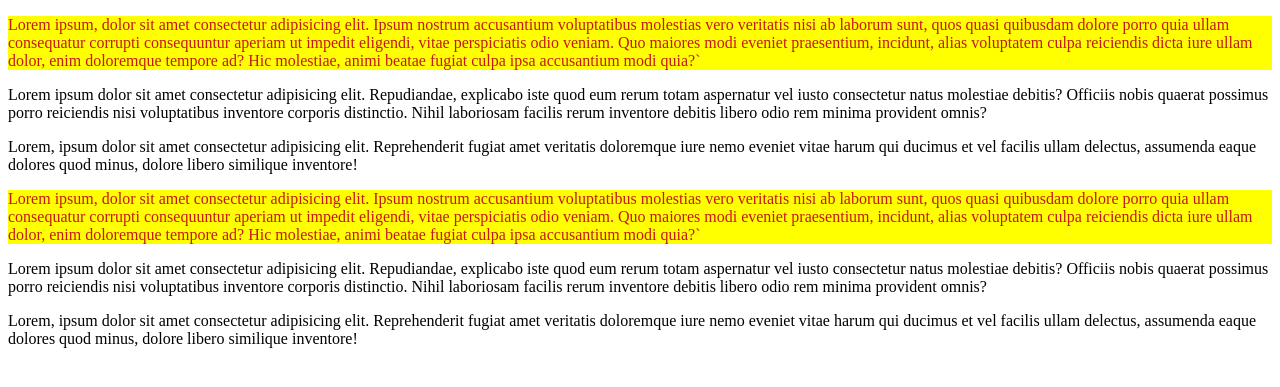
Repository: diensy/Web_dev
Page: Css/Exercise/index.html
The author's editor kept a copy of each file at every save. The page is drawn from the files as they stood at one save, then again after the next save.
The browser window is 1280 px wide. The pictures show the whole page.

Above is the page before, as saved 2024-05-22 23:20:53.

After the next save:
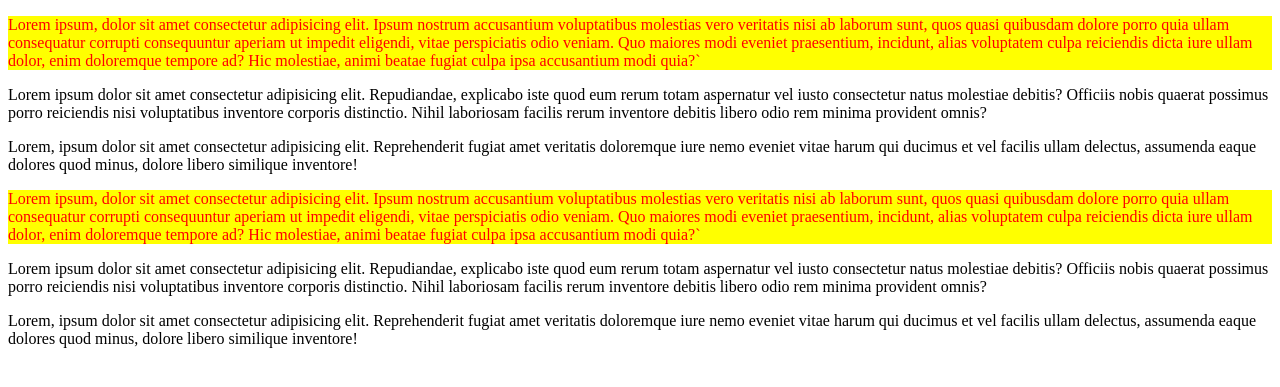
Saved 9 s later.
--- a/Css/Exercise/style.css
+++ b/Css/Exercise/style.css
@@ -1,4 +1,4 @@
 p:first-child {
   background-color:yellow;
-  color: rgb(195, 25, 25);
+  color: rgb(255, 0, 0);
 }
